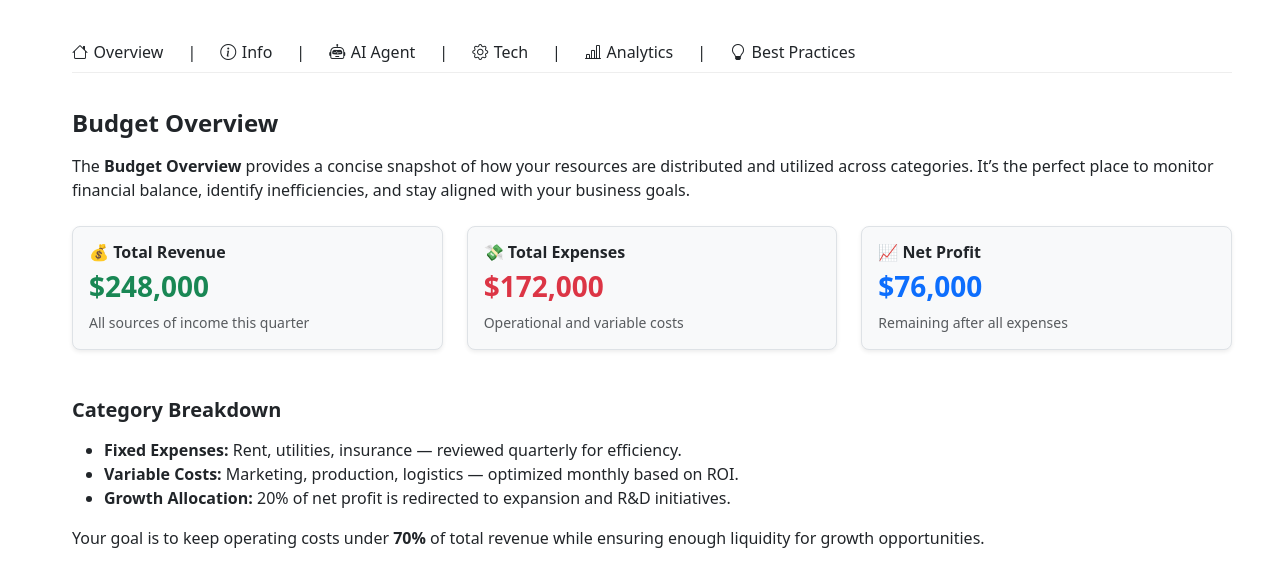
Repository: tonym642/bizcore360-wp
Page: pages/budget.html
An editor plug-in stored every save of this project. The page is shown before and after the next save, followed by the edit.
The browser window is 1280 px wide. The pictures show the whole page.

Above is the page before, as saved 2025-10-23 10:26:57.

After the next save:
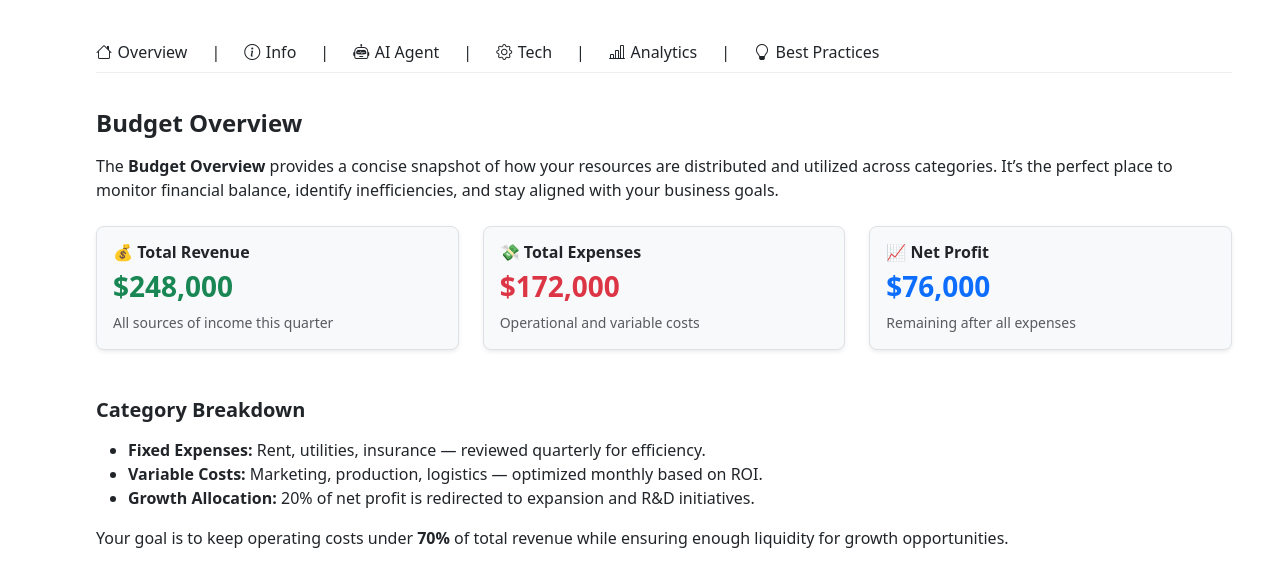
Saved 2 min 7 s later.
--- a/pages/budget.html
+++ b/pages/budget.html
@@ -17,10 +17,12 @@
       color: #000;
     }
 
-    /* Give more space from sidebar */
+    /* Increased left spacing + ensure content layer is above sidebar */
     .content-container {
-      padding: 1.5rem 2rem 1.5rem 3.5rem;
+      padding: 1.5rem 2rem 1.5rem 5rem; /* was 3.5rem */
       width: 100%;
+      position: relative;
+      z-index: 5; /* ensures menu isn’t hidden behind sidebar */
     }
 
     .module-card {
@@ -39,6 +41,7 @@
       border-bottom: 1px solid #eee;
       padding-bottom: 0.5rem;
       font-weight: 400;
+      white-space: nowrap; /* keep all in one line */
     }
 
     .inner-menu a {
@@ -103,8 +106,8 @@
     </div>
   </div>
 
-  <!-- ✅ FIXED: Full path to JS file (based on your real folder structure) -->
-  <script src="/00 Apps/BizCore360/assets/js/modules.js"></script>
+  <!-- ✅ JS path relative to this page -->
+  <script src="../assets/js/modules.js"></script>
 
   <script>
     document.addEventListener("DOMContentLoaded", () => {
